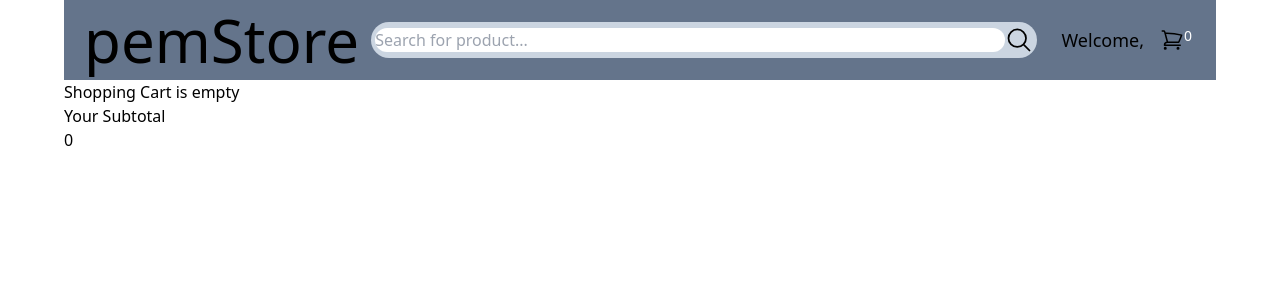
Repository: Semanmernstack/pemstore
Page: /checkout
These files come from the project's save history. The page is drawn as it stood at one moment and after the next save; the edit follows.
The browser window is 1280 px wide. The pictures show the whole page.
The page's requests for data from a server got no answer. The project was rebuilt for these pictures with package versions that can differ from the ones it lists, and the page was loaded fresh each time. The framework's server and built-in components were replaced by stand-ins that run in the browser. No one was signed in, and anything a server would have sent is missing. Also part of the build but not shown: next.config.js, components/CheckoutProduct.js.

Above is the page before, as saved 2022-11-06 04:07:54.

After the next save:
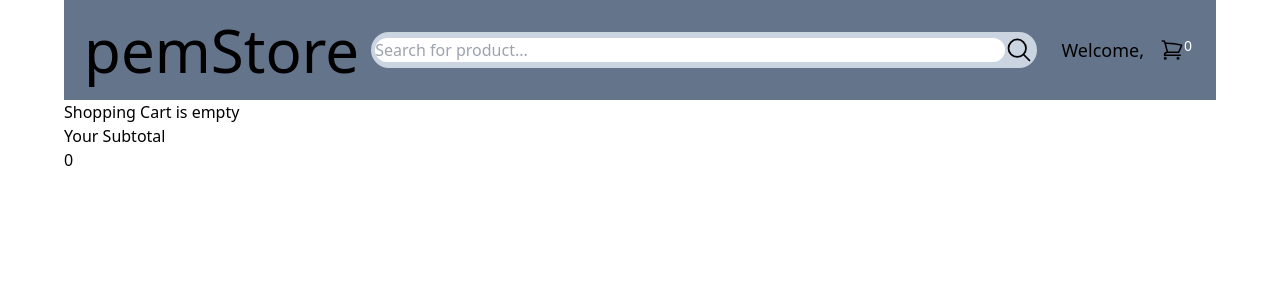
Saved 41 s later.
--- a/components/Header.js
+++ b/components/Header.js
@@ -10,7 +10,7 @@
     const items = useSelector(selectItems)
 
     return (
-      <div className="flex  items-center   h-20 md:p-2  lg:p-5 bg-slate-500  sticky top-0 z-20">
+      <div className="flex  items-center   h-25 md:p-2  lg:p-5 bg-slate-500  sticky top-0 z-20">
           <div onClick={() => router.push("/")} className="mr-3  text-3xl md:text-5xl lg:text-6xl">
               <h1 className="cursor-pointer">pemStore</h1>
           </div>

After the save that followed:
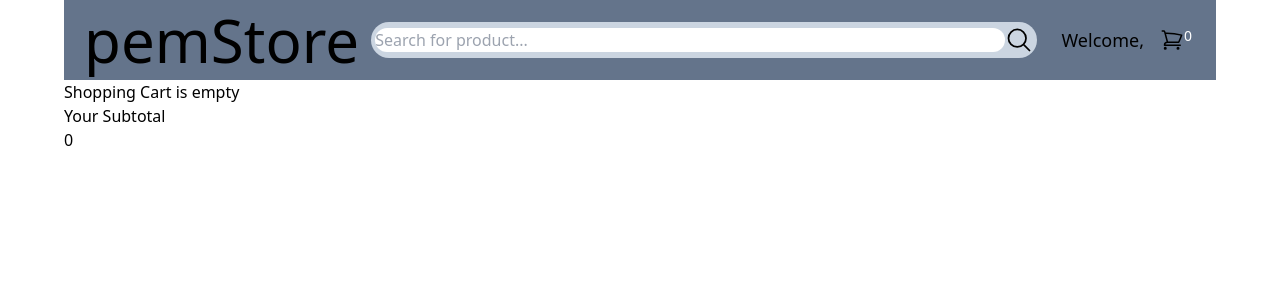
Saved 8 s later.
--- a/components/Header.js
+++ b/components/Header.js
@@ -10,7 +10,7 @@
     const items = useSelector(selectItems)
 
     return (
-      <div className="flex  items-center   h-25 md:p-2  lg:p-5 bg-slate-500  sticky top-0 z-20">
+      <div className="flex  items-center   h-20 md:p-2  lg:p-5 bg-slate-500  sticky top-0 z-20">
           <div onClick={() => router.push("/")} className="mr-3  text-3xl md:text-5xl lg:text-6xl">
               <h1 className="cursor-pointer">pemStore</h1>
           </div>
